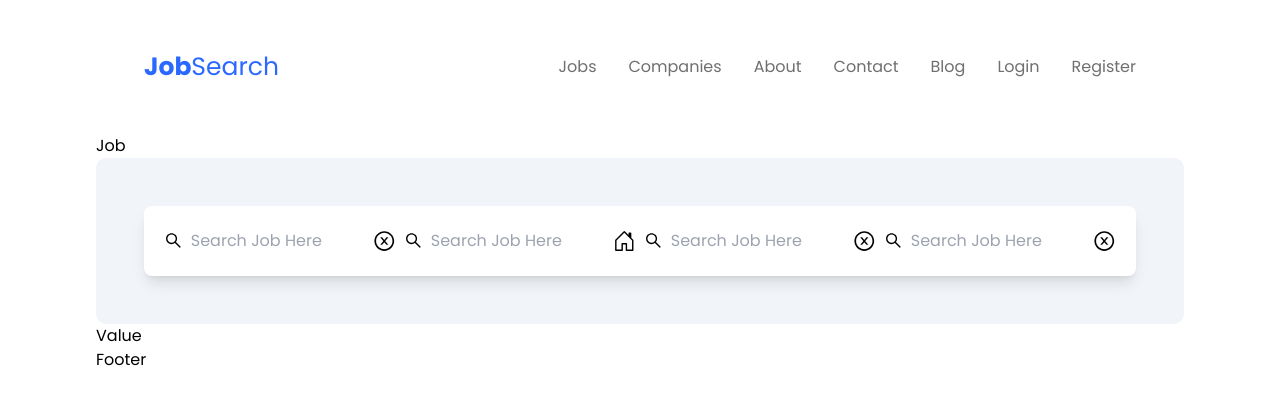
Repository: countaustin1990/Job-Search-website
Page: / (app in vite-project/)
The author's editor kept a copy of each file at every save. The page is drawn from the files as they stood at one save, then again after the next save.
The browser window is 1280 px wide. The pictures show the whole page.
The project was rebuilt for these pictures with package versions that can differ from the ones it lists, and the page was loaded fresh each time. Also part of the build but not shown: vite-project/vite.config.js.

Above is the page before, as saved 2023-08-12 17:29:49.

After the next save:
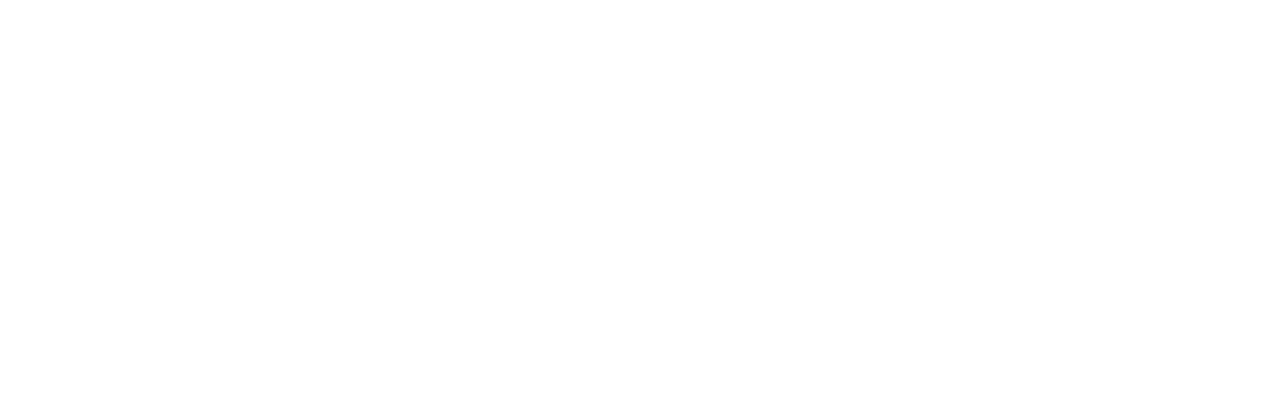
Console error: ReferenceError: CiLocationOn is not defined
Saved 78 s later.
--- a/vite-project/src/components/Search.jsx
+++ b/vite-project/src/components/Search.jsx
@@ -24,7 +24,7 @@
                         <div className="flex gap-2 items-center">
                             <AiOutlineSearch className='text-[25px] icon'/>
                                 <input type="text" className='bg-transparent text-blue-500 focus:outline-none w-[100%]' placeholder='Search Job Here'/>
-                                    <AiOutlineCloseCircle className='text-[30px] text-[#a5a6a6 hover:text-textColor icon'/>
+                                    <CiLocationOn className='text-[30px] text-[#a5a6a6 hover:text-textColor icon'/>
                         </div>
 
                         <div className="flex gap-2 items-center">

After the save that followed:
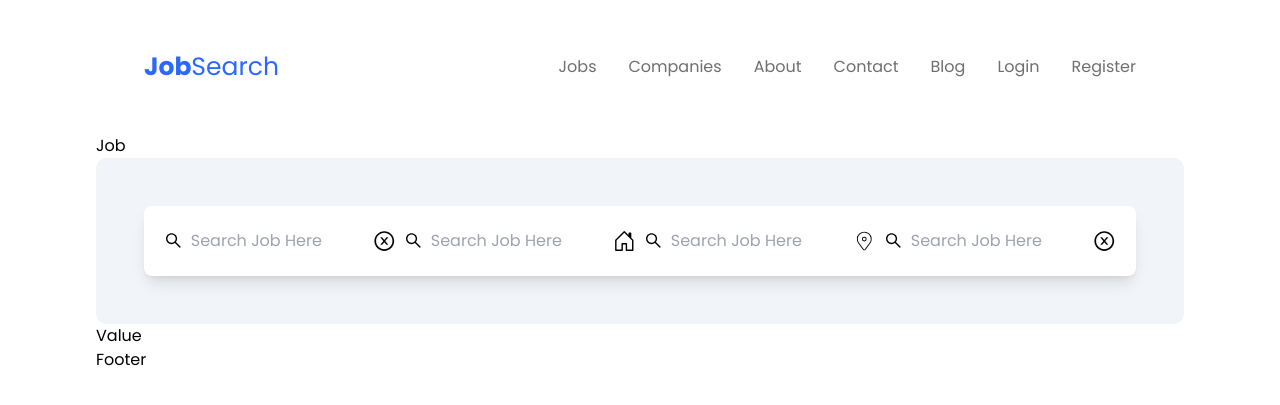
The error is gone.
Saved 68 s later.
--- a/vite-project/src/components/Search.jsx
+++ b/vite-project/src/components/Search.jsx
@@ -1,5 +1,6 @@
 import { AiOutlineCloseCircle, AiOutlineSearch,  } from 'react-icons/ai'
 import { BsHouseDoor } from 'react-icons/bs'
+import { CiLocationOn } from 'react-icons/ci'
 
 
 const Search = () => {
